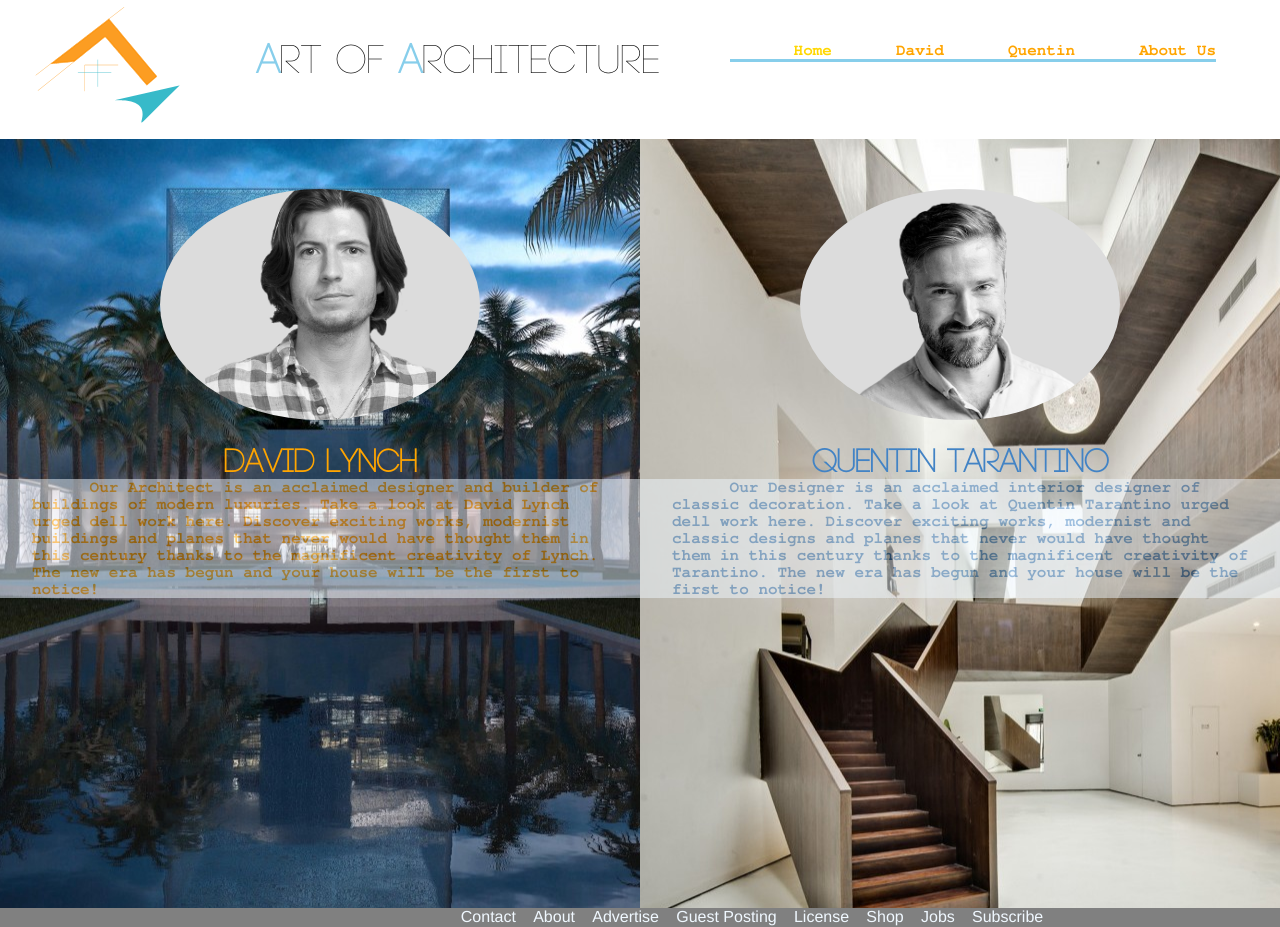
Repository: jcfuentes102/AltaNavidad
Page: index.html
The author's editor kept a record of every edit. The page is drawn from the files as they stood at one moment, then again after the next edit.
The browser window is 1280 px wide. The pictures show the whole page.

Above is the page before.

After the next edit:
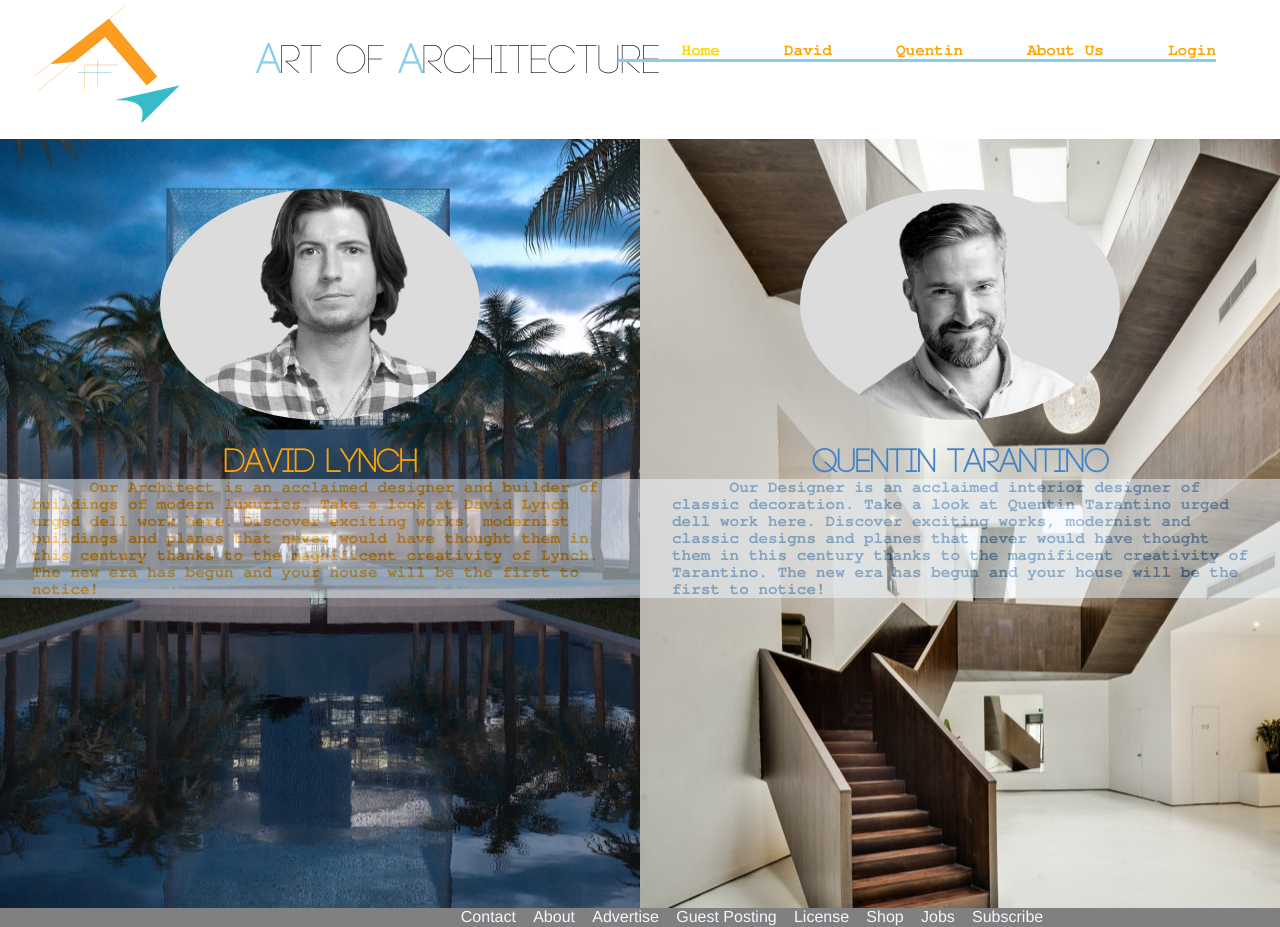
The edit:
--- a/index.html
+++ b/index.html
@@ -11,6 +11,7 @@
     <div id="cont">
         <div id="header"><span class="title"><b>A</b>rt of <b>A</b>rchitecture</span>
             <span class="enlaces">
+                <a href="index.php">Login</a>
                 <a href="docs/about.html">About Us</a>
                 <a href="docs/quentin.html">Quentin</a>
                 <a href="docs/david.html">David</a>
